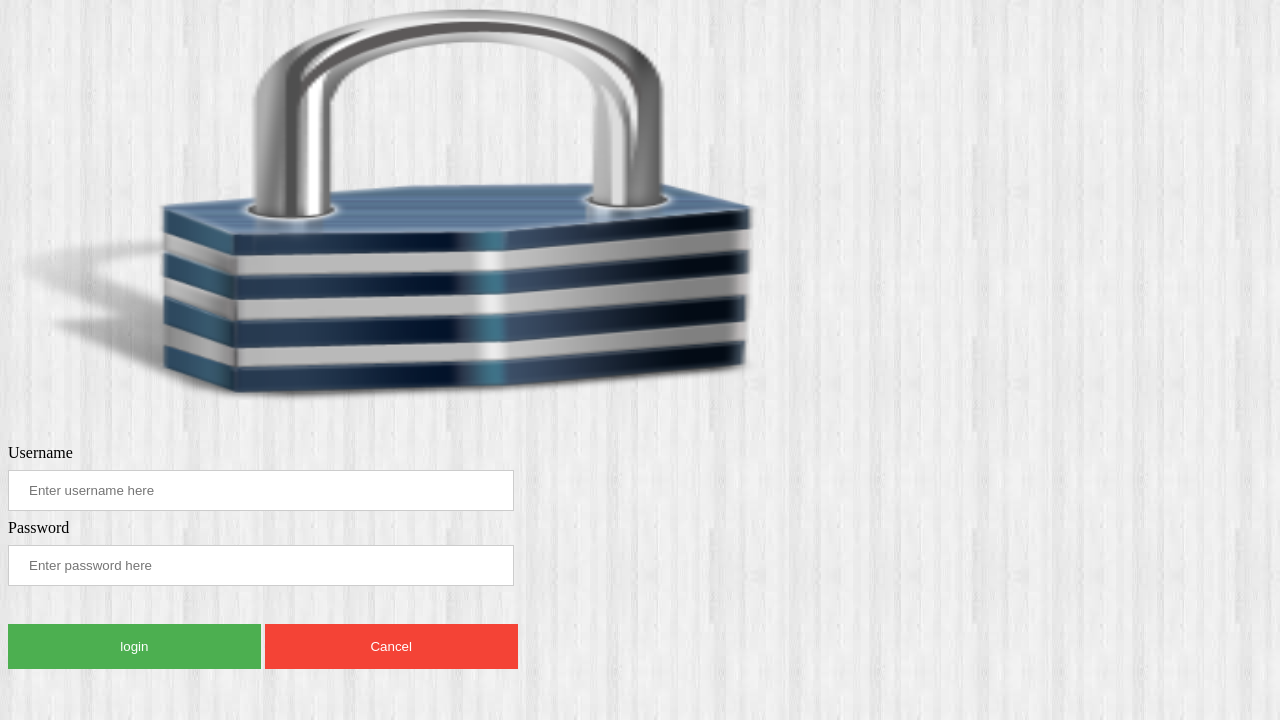
Repository: SwapnilYeldi/Project-2
Page: frontend/WebContent/views/login.html
An editor plug-in stored every save of this project. The page is shown before and after the next save, followed by the edit.
The browser window is 1280 px wide. The pictures show the whole page.

Above is the page before, as saved 2017-07-17 16:44:04.

### frontend/WebContent/views/login.html

<!DOCTYPE html PUBLIC "-//W3C//DTD HTML 4.01 Transitional//EN" "http://www.w3.org/TR/html4/loose.dtd">
<html>
<head>
<meta http-equiv="Content-Type" content="text/html; charset=ISO-8859-1">
<title>Insert title here</title>
<jsp:include page="navbar.jsp"></jsp:include>
</head>
<style>
 input[type=text], input[type=password] {
    width: 40%;
    padding: 12px 20px;
    margin: 8px 0;
    display: inline-block;
    border: 1px solid #ccc;
    box-sizing: border-box;

    }

.cancelbtn {
color: white;
    padding: 15px 50px;
    margin: 30px 0;
    border: none;
    cursor: pointer;
   background-color: #f44336;
    width:20%;

}
div.gallery img {
    width: 70%;
    height: 400px;

}
.signupbtn {
color: white;
    padding: 15px 50px;
    margin: 30px 0;
    border: none;
    cursor: pointer;
background-color: #4CAF50;
    float: center;
    width: 20%;
}
</style>

 <body background ="images\login.jpg">

<form> <!-- action="perform_login" method="post"> -->

<div class="row">
<div class="col-md-6">
<div class="gallery">
  <img src="images\Lock.png">
</div>
</div>
<div class="col-md-6">
<div class="container">

  <br><br>
				<label for="name">Username</label><br>
				<input type="text" ng-model="user.username"  placeholder="Enter username here">&nbsp;&nbsp;&nbsp;
			<br>
				<label for="password">Password</label><br>
				<input type="password" ng-model="user.password"  placeholder="Enter password here"><br>



				<input type="submit" class="signupbtn"  value="login" ng-click="login()">
				<input type="button" class="cancelbtn" value="Cancel">&nbsp;&nbsp;&nbsp;
				<!-- <input type="hidden" name="${_csrf.parameterName}" value="${_csrf.token}" /><br>
				<h4><b><u><a href="#/registration">New user? Sign up</a></u></b></h4>
				<h6><a href="forgotpass">forgot password?</a></h6> -->

		</div>
		</div>
		</div>


	</form>
</body>
</html>




<!-- <div>
{{message}}
{{error.message}}

<form class="form-horizontal" style="align: center;">

<div  class="form-group">
<label class="control-label col-sm-2">
Enter Username: </label>
 <div class="col-sm-2">
<input type="text" class="form-control" ng-model="user.username"  placeholder="Enter username here"></div><br><br>
Enter Password <input type="password" ng-model="user.password"  placeholder="Enter password here"><br><br>
<input type="submit" value="login" ng-click="login()">

</div>

</form>
</div> -->

After the next save:
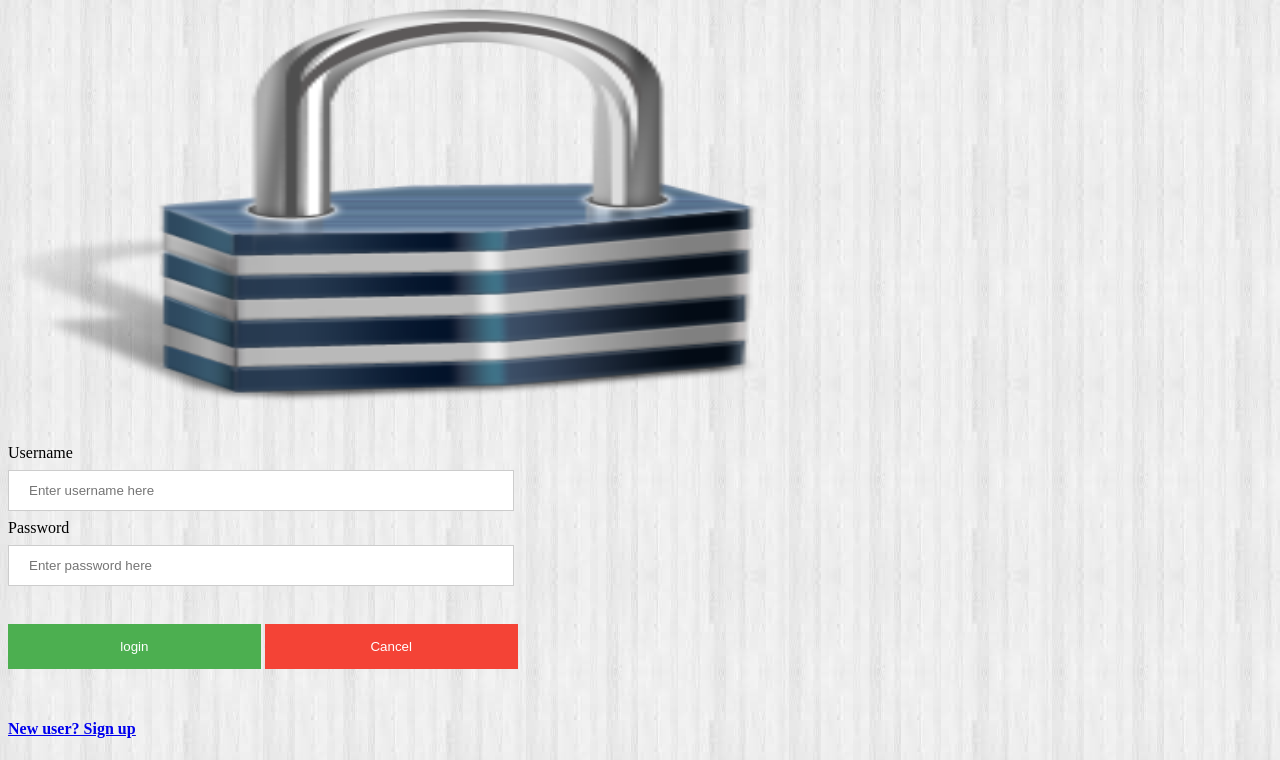
Saved 14 s later.
--- a/frontend/WebContent/views/login.html
+++ b/frontend/WebContent/views/login.html
@@ -68,6 +68,7 @@ background-color: #4CAF50;
 
 				<input type="submit" class="signupbtn"  value="login" ng-click="login()">
 				<input type="button" class="cancelbtn" value="Cancel">&nbsp;&nbsp;&nbsp;
+				<h4><b><u><a href="#/registration">New user? Sign up</a></u></b></h4>
 				<!-- <input type="hidden" name="${_csrf.parameterName}" value="${_csrf.token}" /><br>
 				<h4><b><u><a href="#/registration">New user? Sign up</a></u></b></h4>
 				<h6><a href="forgotpass">forgot password?</a></h6> -->
